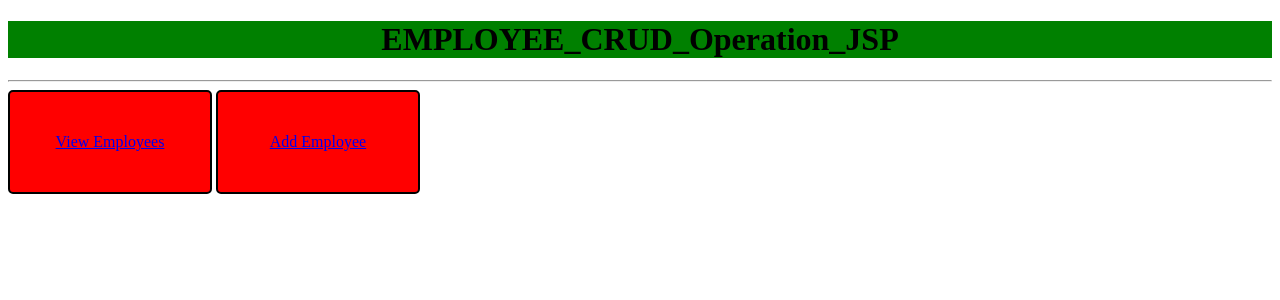
Repository: HarshZanwar2001/CRUD_Oprations_JAVA_JSP_MYSQL
Page: http://localhost/JSP_CRUD_Operation/
The author's editor kept a copy of each file at every save. The page is drawn from the files as they stood at one save, then again after the next save.
The browser window is 1280 px wide. The pictures show the whole page.
The page is served by Tomcat 9. Other server files are loaded and not shown.

Above is the page before, as saved 2024-12-01 05:34:28.

### JSP_CRUD_Operation/src/main/webapp/index.jsp
<%@ page language="java" contentType="text/html; charset=ISO-8859-1"
    pageEncoding="ISO-8859-1"%>
<!DOCTYPE html PUBLIC "-//W3C//DTD HTML 4.01 Transitional//EN" "http://www.w3.org/TR/html4/loose.dtd">
<html>
<head>
<meta http-equiv="Content-Type" content="text/html; charset=ISO-8859-1">
<title>CRUD</title>

<style type="text/css">
 #heading{
 background-color: green;
 text-align: center;



 }

 #btnhome{
 background-color: red;
 border: 2px solid black;
 border-radius: 5px;
 text-align: center;
 display: inline-block;
 align-content: center;
 width: 200px;
 height: 100px;
 text-align: center;



 }

</style>
</head>
<body>
<!-- CRUD(Create Read Update Delete) -->
<div id="heading">
<h1>EMPLOYEE_CRUD_Operation_JSP</h1>
</div>
<hr>
<div id="btnhome">
<a href="viewEmployees.jsp">View Employees</a>
</div>
<div id="btnhome">
<a href="addEmployee.jsp">Add Employee</a>
</div>

</body>
</html>

After the next save:
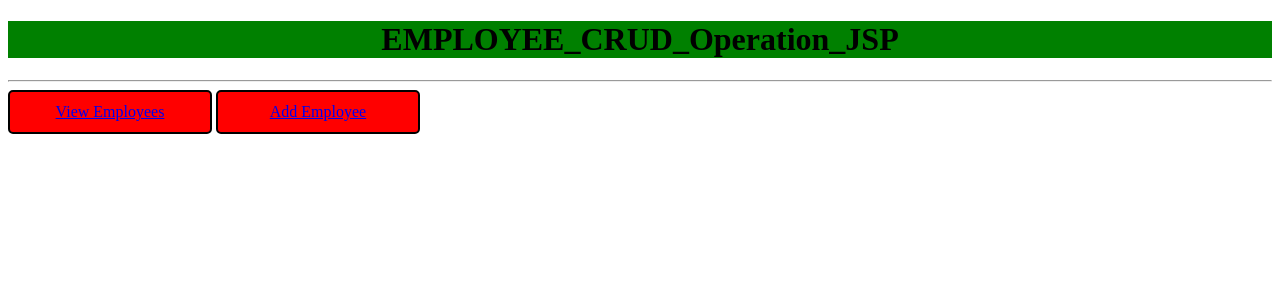
Saved 18 s later.
--- a/JSP_CRUD_Operation/src/main/webapp/index.jsp
+++ b/JSP_CRUD_Operation/src/main/webapp/index.jsp
@@ -23,7 +23,7 @@
  display: inline-block;
  align-content: center;
  width: 200px;
- height: 100px;
+ height: 40px;
  text-align: center;
 
 
